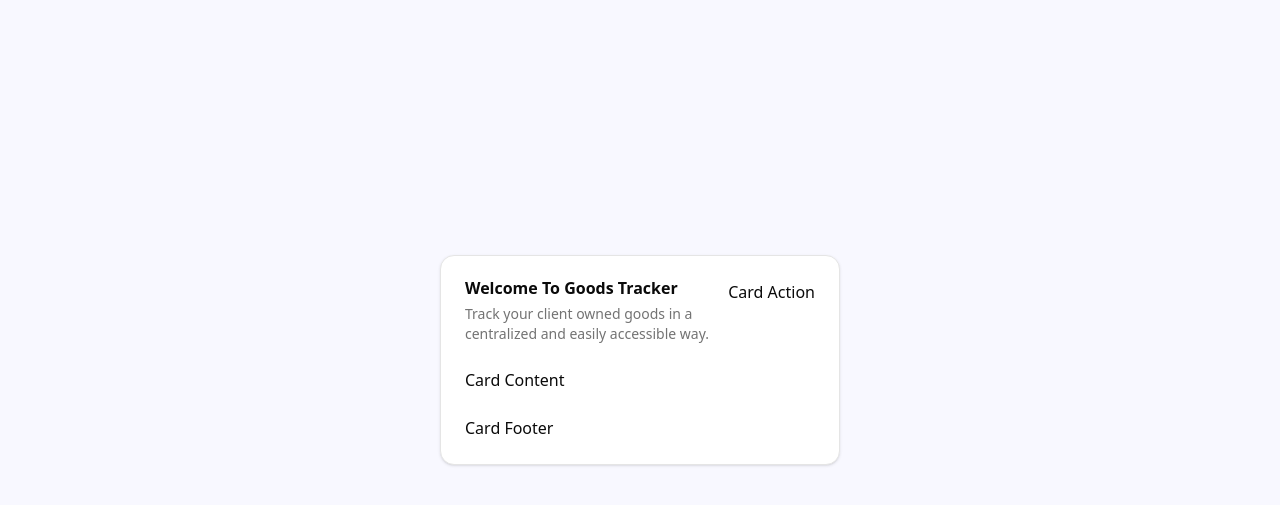
Repository: Renzo-Salosagcol/cog_tracker
Page: /
These files come from the project's save history. The page is drawn as it stood at one moment and after the next save; the edit follows.
The browser window is 1280 px wide. The pictures show the whole page.
The project was rebuilt for these pictures with package versions that can differ from the ones it lists, and the page was loaded fresh each time. The framework's server and built-in components were replaced by stand-ins that run in the browser. Also part of the build but not shown: next.config.ts.

Above is the page before, as saved 2025-12-17 14:13:50.

After the next save:
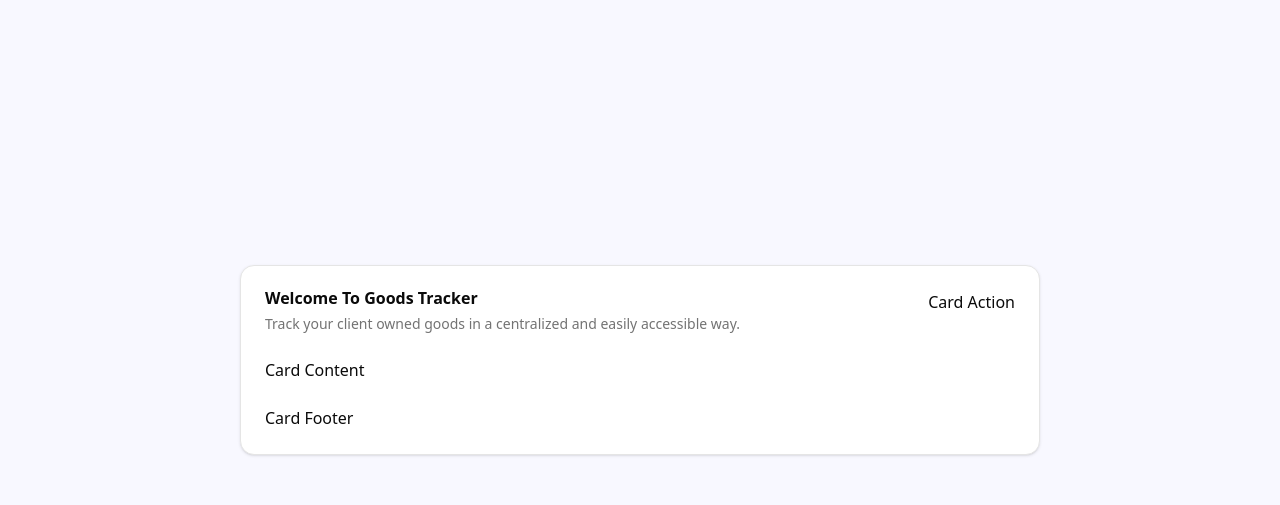
Saved 14 s later.
--- a/app/page.tsx
+++ b/app/page.tsx
@@ -12,7 +12,7 @@ export default function Home() {
   return (
     <div className="root-page-element bg-background">
       <Card className="*
-        glassmorphism flex flex-cols-1 min-w-100">
+        glassmorphism flex flex-cols-1 min-w-200">
         <CardHeader>
           <CardTitle>Welcome To Goods Tracker</CardTitle>
           <CardDescription>Track your client owned goods in a centralized and easily accessible way.</CardDescription>
